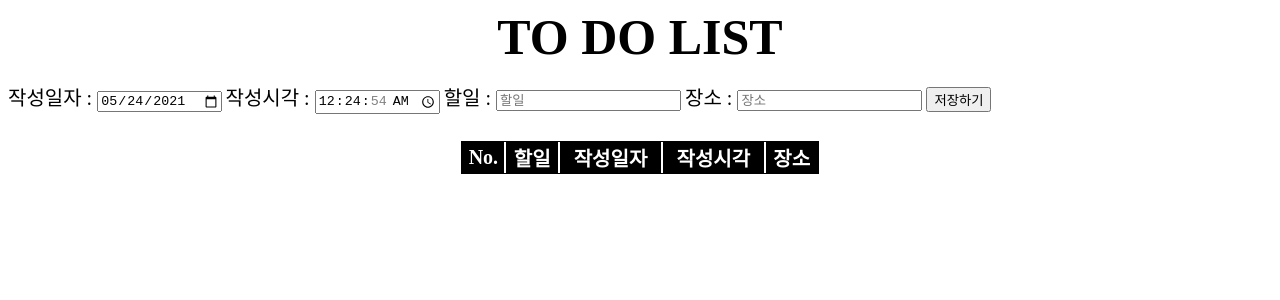
Repository: kimyoungjin98/Exam_Project
Page: http://localhost/Server_PR_TodoList/
The author's editor kept a copy of each file at every save. The page is drawn from the files as they stood at one save, then again after the next save.
The browser window is 1280 px wide. The pictures show the whole page.
The page is served by Tomcat 9. Other server files are loaded and not shown. Queries for data that is not in the repository find no rows.

Above is the page before, as saved 2021-05-24 06:27:15.

### Server_PR_TodoList/src/main/webapp/WEB-INF/views/home.jsp
<%@ page language="java" contentType="text/html; charset=UTF-8"
    pageEncoding="UTF-8"%>
<%@ taglib uri="http://java.sun.com/jsp/jstl/core" prefix="c"%>
<c:set value="${pageContext.request.contextPath}" var="rootPath" />
<!DOCTYPE html>
<html>

<head>
<meta charset="UTF-8">
<title>어서오세요</title>
</head>
<script>
document.addEventListener("DOMContentLoaded",function(ev){

	document.querySelector("table")
	.addEventListener("click", function(ev){

		let tag = ev.target.tagName

		if(tag == "TD"){

			let seq = ev.target.closest("TR").dataset.seq

			document.location.href="${rootPath}/todo/view?td_seq=" + seq

		}

	})

})


</script>
<style>
table{
	width:30%;
	text-align: center;
	margin:3px auto;
	font-size:20px;
	padding:10px;

}

table td{
	cursor:pointer;
	padding:5-%;


}

table tr:hover{
	background-color: lightgray;
}

table tr{
	border:1px solid black;
	outline:1px solid black;
}

table th{
	background-color: black;
	color:white;

}


</style>
<body>

	<%@ include file="/WEB-INF/views/banner.jsp" %>
	<p>
	<%@ include file="/WEB-INF/views/write.jsp" %>
	<p>
		<table>
		<th>No.</th>
		<th>할일</th>
		<th>작성일자</th>
		<th>작성시각</th>
		<th>장소</th>

		<c:forEach items="${TDLIST}" var="TD" varStatus="index">
			<tr data-seq="${TD.td_seq}">
				<td>${index.count}</td>
				<td>${TD.td_content}</td>
				<td>${TD.td_date}</td>
				<td>${TD.td_time}</td>
				<td>${TD.td_place}</td>
			</tr>

		</c:forEach>

	</table>

</body>
</html>

### Server_PR_TodoList/src/main/webapp/WEB-INF/views/banner.jsp
<%@ page language="java" contentType="text/html; charset=UTF-8"
    pageEncoding="UTF-8"%>
<%@ taglib uri="http://java.sun.com/jsp/jstl/core" prefix="c"%>
<c:set value="${pageContext.request.contextPath}" var="rootPath" />
<!DOCTYPE html>
<html>
<head>
<meta charset="UTF-8">
<title>Insert title here</title>
</head>
<style>
h1{
	margin:auto;
	text-align: center;
	font-size:50px;
}


</style>
<body>
	<h1>TO DO LIST</h1>
</body>
</html>

### Server_PR_TodoList/src/main/webapp/WEB-INF/views/write.jsp
<%@ page language="java" contentType="text/html; charset=UTF-8"
    pageEncoding="UTF-8"%>
<%@ taglib uri="http://java.sun.com/jsp/jstl/core" prefix="c"%>
<c:set value="${pageContext.request.contextPath}" var="rootPath" />
<!DOCTYPE html>
<html>
<head>
<meta charset="UTF-8">
<title>Insert title here</title>
</head>
<script type="text/javascript">
document.addEventListener("DOMContentLoaded", function(ev){
	document.querySelector("button")
	.addEventListener("click",function(ev){

		let td_date = document.querySelector("input[name='td_date']")
		let td_time = document.querySelector("input[name='td_time']")
		let td_content = document.querySelector("input[name='td_content']")
		let td_place = document.querySelector("input[name='td_place']")

		document.querySelector("form").submit();

	})

})

</script>
<style>

	label{
		font-size:20px;
	}



</style>
<body>

	<form method="POST" class="1">
	<label>작성일자 : </label><input name="td_date" placeholder="작성일자" type="date" value="${TD.td_date}">
	<label>작성시각 : </label><input name="td_time" placeholder="작성시각" type="time" value="${TD.td_time}">
	<label>할일 : </label>
	<input name="td_content" placeholder="할일" value="${TD.td_content}"></input>
	<label>장소 : </label><input name="td_place" placeholder="장소" value="${TD.td_place}">

		<button>저장하기</button>
	</form>

</body>
</html>

### Server_PR_TodoList/src/main/java/com/callor/todo/controller/HomeController.java
package com.callor.todo.controller;

import java.io.IOException;
import java.text.SimpleDateFormat;
import java.util.Date;
import java.util.List;

import javax.servlet.ServletException;
import javax.servlet.annotation.WebServlet;
import javax.servlet.http.HttpServlet;
import javax.servlet.http.HttpServletRequest;
import javax.servlet.http.HttpServletResponse;

import com.callor.todo.model.TodoVO;
import com.callor.todo.service.TodoService;
import com.callor.todo.service.impl.TodoServiceImplV1;

@WebServlet("/")
public class HomeController extends HttpServlet{

	protected TodoService tdService;

	public HomeController() {

		tdService = new TodoServiceImplV1();

	}

	@Override
	protected void doGet(HttpServletRequest req, HttpServletResponse resp) throws ServletException, IOException {


		List<TodoVO> tdList = tdService.selectAll();

		req.setAttribute("TDLIST", tdList);

		SimpleDateFormat sDate = new SimpleDateFormat("yyyy-MM-dd");
		SimpleDateFormat sTime = new SimpleDateFormat("HH:mm:ss");
		Date date = new Date(System.currentTimeMillis());

		TodoVO tdVO = new TodoVO();

		tdVO.setTd_date(sDate.format(date));
		tdVO.setTd_time(sTime.format(date));

		req.setAttribute("TD", tdVO);

		ReqController.forward(resp, req, "home");

	}

	@Override
	protected void doPost(HttpServletRequest req, HttpServletResponse resp) throws ServletException, IOException {


		req.setCharacterEncoding("UTF-8");

		String td_date = req.getParameter("td_date");
		String td_content = req.getParameter("td_content");
		String td_time = req.getParameter("td_time");
		String td_place = req.getParameter("td_place");

		TodoVO tdVO = new TodoVO();

		tdVO.setTd_content(td_content);
		tdVO.setTd_date(td_date);
		tdVO.setTd_place(td_place);
		tdVO.setTd_time(td_time);

		tdService.insert(tdVO);

		System.out.println(tdVO.toString());

		resp.sendRedirect("/todo/");

	}

}

### Server_PR_TodoList/src/main/java/com/callor/todo/service/impl/TodoServiceImplV1.java
package com.callor.todo.service.impl;

import java.sql.Connection;
import java.sql.PreparedStatement;
import java.sql.ResultSet;
import java.sql.SQLException;
import java.util.ArrayList;
import java.util.List;

import com.callor.todo.config.DBConnect;
import com.callor.todo.model.TodoVO;
import com.callor.todo.service.TodoService;
import com.mysql.cj.x.protobuf.MysqlxPrepare.Prepare;

public class TodoServiceImplV1 implements TodoService {

	protected Connection dbConn;

	public TodoServiceImplV1() {

		dbConn = DBConnect.getDB();

	}

	protected List<TodoVO> select(PreparedStatement pStr) throws SQLException {

		List<TodoVO> tdList = new ArrayList<TodoVO>();
		ResultSet rSet = pStr.executeQuery();

		while (rSet.next()) {

			TodoVO tdVO = new TodoVO();

			tdVO.setTd_content(rSet.getString("td_content"));
			tdVO.setTd_date(rSet.getString("td_date"));
			tdVO.setTd_place(rSet.getString("td_place"));
			tdVO.setTd_time(rSet.getString("td_time"));
			tdVO.setTd_seq(rSet.getLong("td_seq"));
			tdList.add(tdVO);

		}

		return tdList;
	}

	@Override
	public List<TodoVO> selectAll() {
		// TODO Auto-generated method stub

		String sql = " SELECT * FROM tbl_todo ";

		PreparedStatement pStr = null;

		try {

			pStr = dbConn.prepareStatement(sql);
			List<TodoVO> tdList = this.select(pStr);


			return tdList;

		} catch (SQLException e) {
			// TODO Auto-generated catch block
			e.printStackTrace();
		}

		return null;
	}

	@Override
	public TodoVO findById(Long td_seq) {
		// TODO Auto-generated method stub

		String sql = " SELECT * FROM tbl_todo ";
		sql += " WHERE td_seq = ? ";

		PreparedStatement pStr = null;

		try {
			pStr = dbConn.prepareStatement(sql);
			pStr.setLong(1, td_seq);

			List<TodoVO> tdList = this.select(pStr);

			if(tdList != null && tdList.size() > 0) {

				return tdList.get(0);
			}

		} catch (SQLException e) {
			// TODO Auto-generated catch block
			e.printStackTrace();
		}

		return null;
	}

	@Override
	public Integer insert(TodoVO tdVO) {
		// TODO Auto-generated method stub

		String sql = " INSERT INTO tbl_todo ";
		sql += " (td_content, td_date, td_time, td_place) ";
		sql += " VALUES(?,?,?,?) ";

		PreparedStatement pStr = null;

		try {
			pStr = dbConn.prepareStatement(sql);
			pStr.setString(1, tdVO.getTd_content());
			pStr.setString(2, tdVO.getTd_date());
			pStr.setString(3, tdVO.getTd_time());
			pStr.setString(4, tdVO.getTd_place());

			return pStr.executeUpdate();



		} catch (SQLException e) {
			// TODO Auto-generated catch block
			e.printStackTrace();
		}

		return null;
	}

	@Override
	public Integer update(TodoVO tdVO) {
		// TODO Auto-generated method stub

		String sql = " UPDATE tbl_todo SET ";
		sql += " td_content = ?, ";
		sql += " td_date = ?, ";
		sql += " td_time = ?, ";
		sql += " td_place = ? ";
		sql += " WHERE td_seq = ? ";

		PreparedStatement pStr = null;

		try {
			pStr = dbConn.prepareStatement(sql);
			pStr.setString(1, tdVO.getTd_content());
			pStr.setString(2, tdVO.getTd_date());
			pStr.setString(3, tdVO.getTd_time());
			pStr.setString(4, tdVO.getTd_place());
			pStr.setLong(5, tdVO.getTd_seq());


			return pStr.executeUpdate();


		} catch (SQLException e) {
			// TODO Auto-generated catch block
			e.printStackTrace();
		}

		return null;
	}

	@Override
	public Integer delete(Long td_seq) {
		// TODO Auto-generated method stub

		String sql = " DELETE FROM tbl_todo ";
		sql += " WHERE td_seq = ? ";

		PreparedStatement pStr = null;

		try {
			pStr = dbConn.prepareStatement(sql);
			pStr.setLong(1, td_seq);

			return pStr.executeUpdate();
		} catch (SQLException e) {
			// TODO Auto-generated catch block
			e.printStackTrace();
		}



		return null;
	}

}

### Server_PR_TodoList/src/main/java/com/callor/todo/config/DBConnect.java
package com.callor.todo.config;

import java.sql.Connection;
import java.sql.DriverManager;
import java.sql.SQLException;

public class DBConnect {

	private static Connection dbConn;

	static {

		String driver = "com.mysql.cj.jdbc.Driver";
		String url = "jdbc:mysql://localhost:3306/todo";
		String user = "todoList";
		String pw = "1234";

		try {
			Class.forName(driver);

			if (dbConn == null) {
				dbConn = DriverManager.getConnection(url, user, pw);
			}

			System.out.println("DB 접속 성공");

		} catch (ClassNotFoundException e) {
			// TODO Auto-generated catch block
			e.printStackTrace();
		} catch (SQLException e) {
			// TODO Auto-generated catch block
			e.printStackTrace();
		}

	}

	public static Connection getDB() {

		return dbConn;
	}

}

### Server_PR_TodoList/src/main/java/com/callor/todo/model/TodoVO.java
package com.callor.todo.model;

import lombok.AllArgsConstructor;
import lombok.Getter;
import lombok.NoArgsConstructor;
import lombok.Setter;
import lombok.ToString;

@Getter
@Setter
@ToString
@AllArgsConstructor
@NoArgsConstructor
public class TodoVO {

	private Long td_seq;
	private String td_place;
	private String td_date;
	private String td_time;
	private String td_content;

}

### Server_PR_TodoList/src/main/java/com/callor/todo/controller/ReqController.java
package com.callor.todo.controller;

import java.io.IOException;

import javax.servlet.ServletException;
import javax.servlet.http.HttpServlet;
import javax.servlet.http.HttpServletRequest;
import javax.servlet.http.HttpServletResponse;

public class ReqController extends HttpServlet{

	public static void forward(HttpServletResponse res, HttpServletRequest req, String file) throws ServletException, IOException {

		String root = "/WEB-INF/views/" + file + ".jsp";

		req.getRequestDispatcher(root).forward(req, res);

	}

}

After the next save:
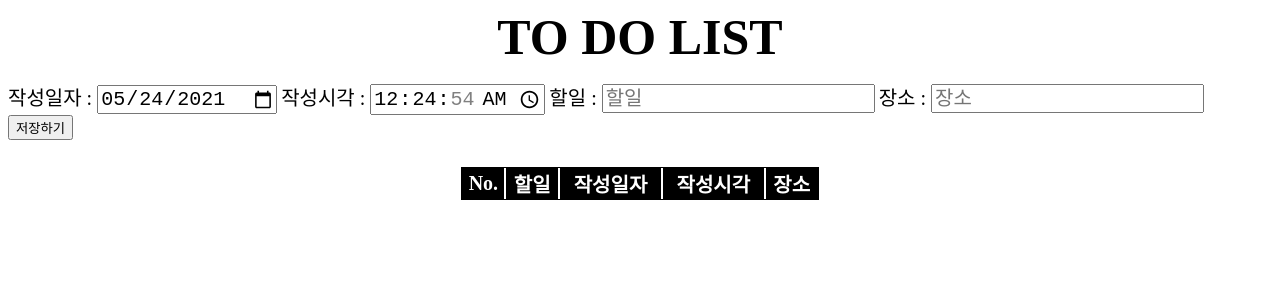
Saved 12 s later.
--- a/Server_PR_TodoList/src/main/webapp/WEB-INF/views/write.jsp
+++ b/Server_PR_TodoList/src/main/webapp/WEB-INF/views/write.jsp
@@ -31,7 +31,9 @@ document.addEventListener("DOMContentLoaded", function(ev){
 		font-size:20px;
 	}
 
-
+	input{
+		font-size:20px;
+	}
 
 </style>
 <body>
